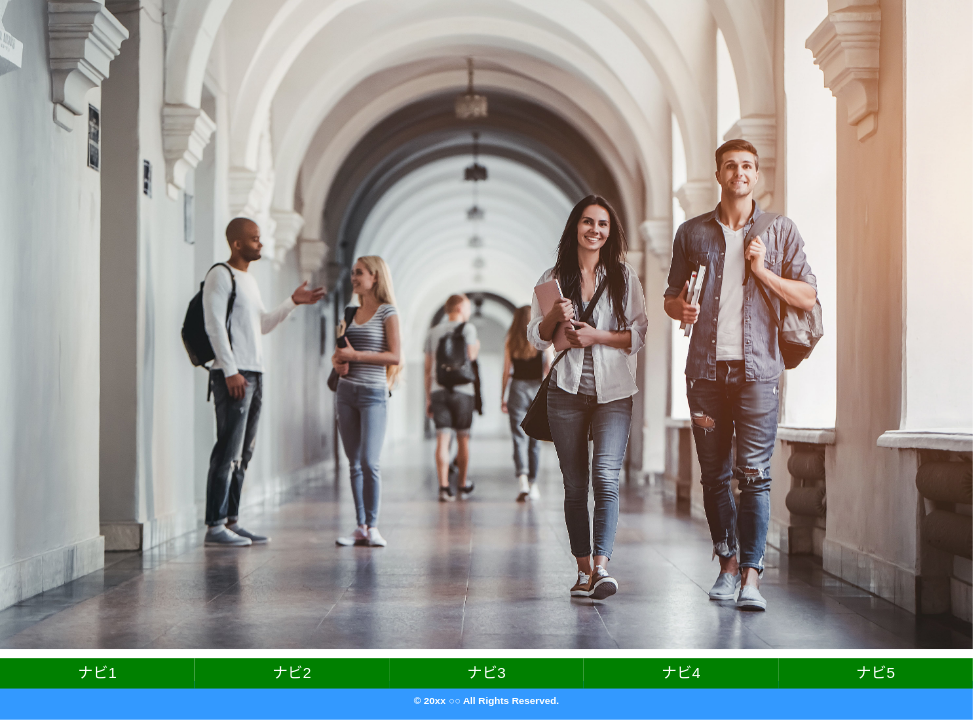
Repository: go-nakao/samurai_HTML-CSS
Page: 侍HTML学習/home.html
The author's editor kept a record of every edit. The page is drawn from the files as they stood at one moment, then again after the next edit.
The browser window is 1280 px wide. The pictures show the whole page, at 76% of full size.
Pictures or frames that could not be fetched are drawn as grey boxes.

Above is the page before.

After the next edit:
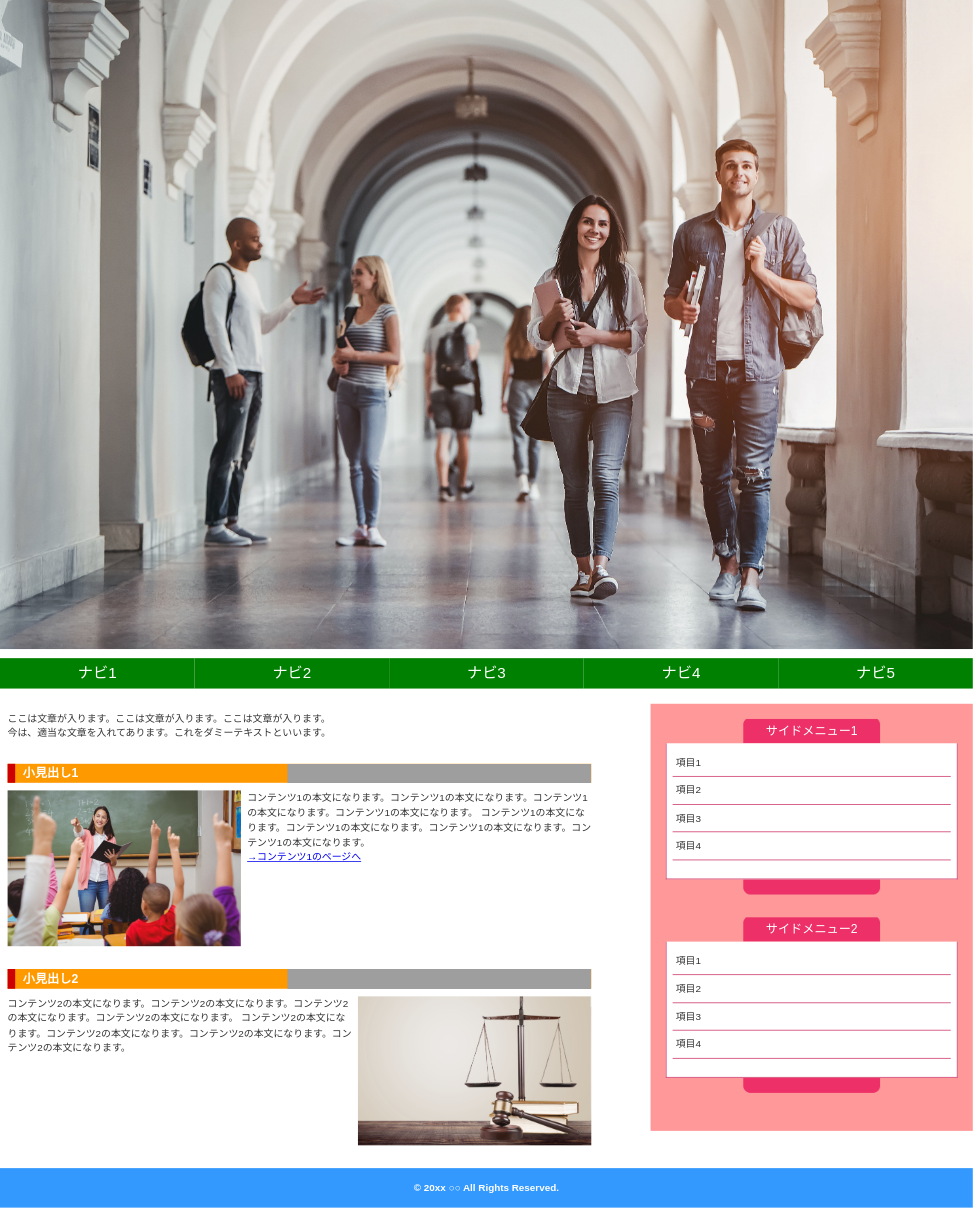
The edit:
--- a/侍HTML学習/home.html
+++ b/侍HTML学習/home.html
@@ -19,6 +19,56 @@
                    <li><a href="#">ナビ5</a></li>
                 </ul>
             </div>
+            <div id="container">
+                <div id="main">
+                    <div class="post">
+                        <p>ここは文章が入ります。ここは文章が入ります。ここは文章が入ります。<br />今は、適当な文章を入れてあります。これをダミーテキストといいます。</p>
+                    </div>
+                    <div class="post clearfix">
+                        <h2>小見出し1</h2>
+                        <img class="left" src="images/classroom.jpg" alt="授業風景" />
+                        <p>
+                            コンテンツ1の本文になります。コンテンツ1の本文になります。コンテンツ1の本文になります。コンテンツ1の本文になります。
+                            コンテンツ1の本文になります。コンテンツ1の本文になります。コンテンツ1の本文になります。コンテンツ1の本文になります。
+                        </p>
+                        <p><a href="#">→コンテンツ1のページへ</a></p>
+                    </div>
+                    <div class="post clearfix">
+                        <h2>小見出し2</h2>
+                        <img class="right" src="images/scale.jpg" alt="天秤" />
+                        <p>
+                            コンテンツ2の本文になります。コンテンツ2の本文になります。コンテンツ2の本文になります。コンテンツ2の本文になります。
+                            コンテンツ2の本文になります。コンテンツ2の本文になります。コンテンツ2の本文になります。コンテンツ2の本文になります。
+                        </p>
+                    </div>
+                </div>
+            </div>
+            <!--サイドメニュー実装-->
+                <div id="side">
+                    <div class="box">
+                        <h2>サイドメニュー1</h2>
+                        <div class="boxBody">
+                            <ul>
+                                <li>項目1</li>
+                                <li>項目2</li>
+                                <li>項目3</li>
+                                <li>項目4</li>
+                            </ul>
+                        </div>
+                    </div>
+                    <div class="box">
+                        <h2>サイドメニュー2</h2>
+                        <div class="boxBody">
+                            <ul>
+                                <li>項目1</li>
+                                <li>項目2</li>
+                                <li>項目3</li>
+                                <li>項目4</li>
+                            </ul>
+                        </div>
+                    </div>
+                </div>
+            </div>
         </div>
         <div id="footer">
             <p>&copy; 20xx ○○ All Rights Reserved.</p>
